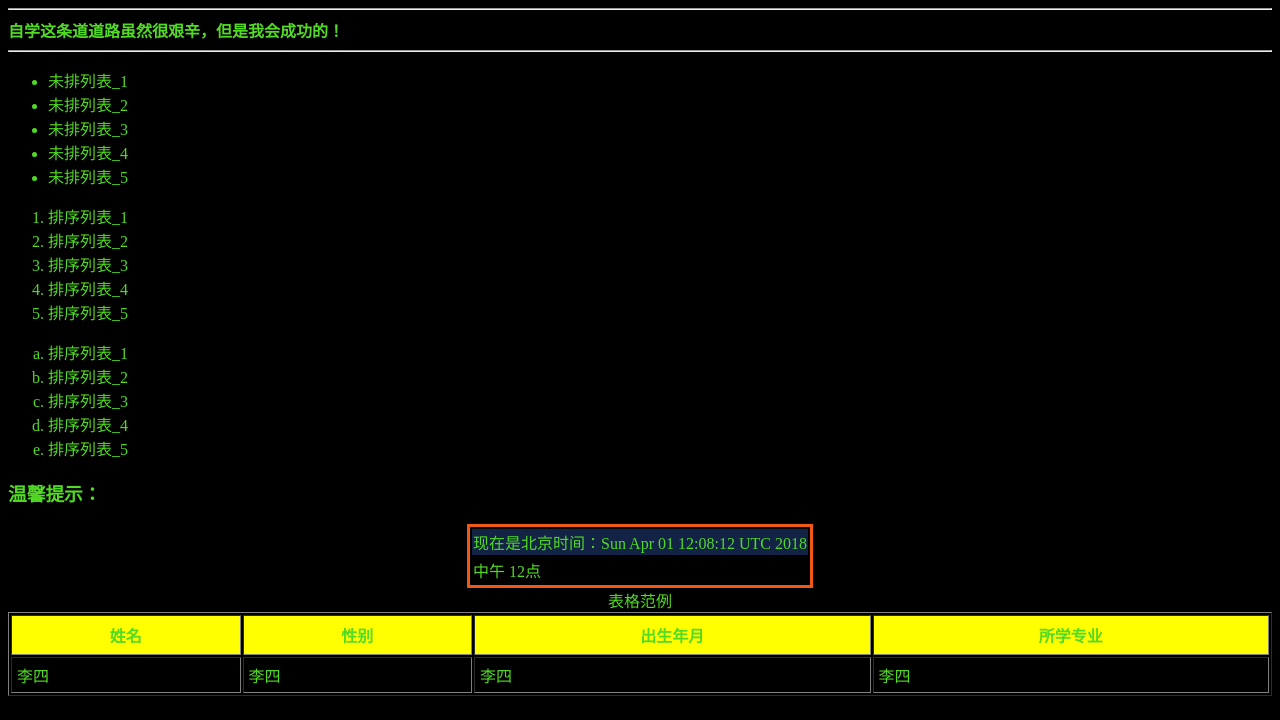
Repository: Coder-YJ/Java
Page: http://localhost/JspTest/test.jsp
The author's editor kept a copy of each file at every save. The page is drawn from the files as they stood at one save, then again after the next save.
The browser window is 1280 px wide. The pictures show the whole page.
The page is served by Tomcat 9.

Above is the page before, as saved 2018-04-01 12:17:42.

After the next save:
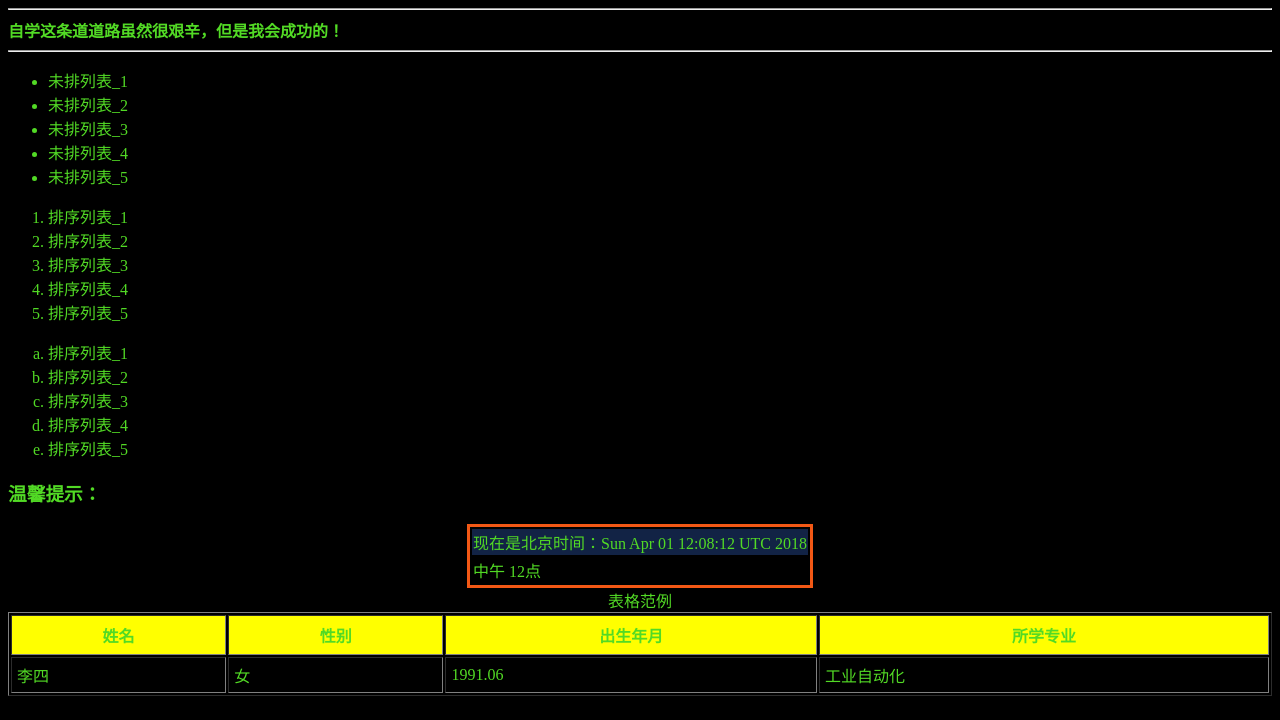
Saved 31 s later.
--- a/MyEclipse10/JspTest/WebRoot/test.jsp
+++ b/MyEclipse10/JspTest/WebRoot/test.jsp
@@ -79,9 +79,9 @@
 		</tr>
 		<tr>
 			<td>李四</td>
-			<td>李四</td>
-			<td>李四</td>
-			<td>李四</td>
+			<td>女</td>
+			<td>1991.06</td>
+			<td>工业自动化</td>
 		</tr>
 	</table>
 </body>
